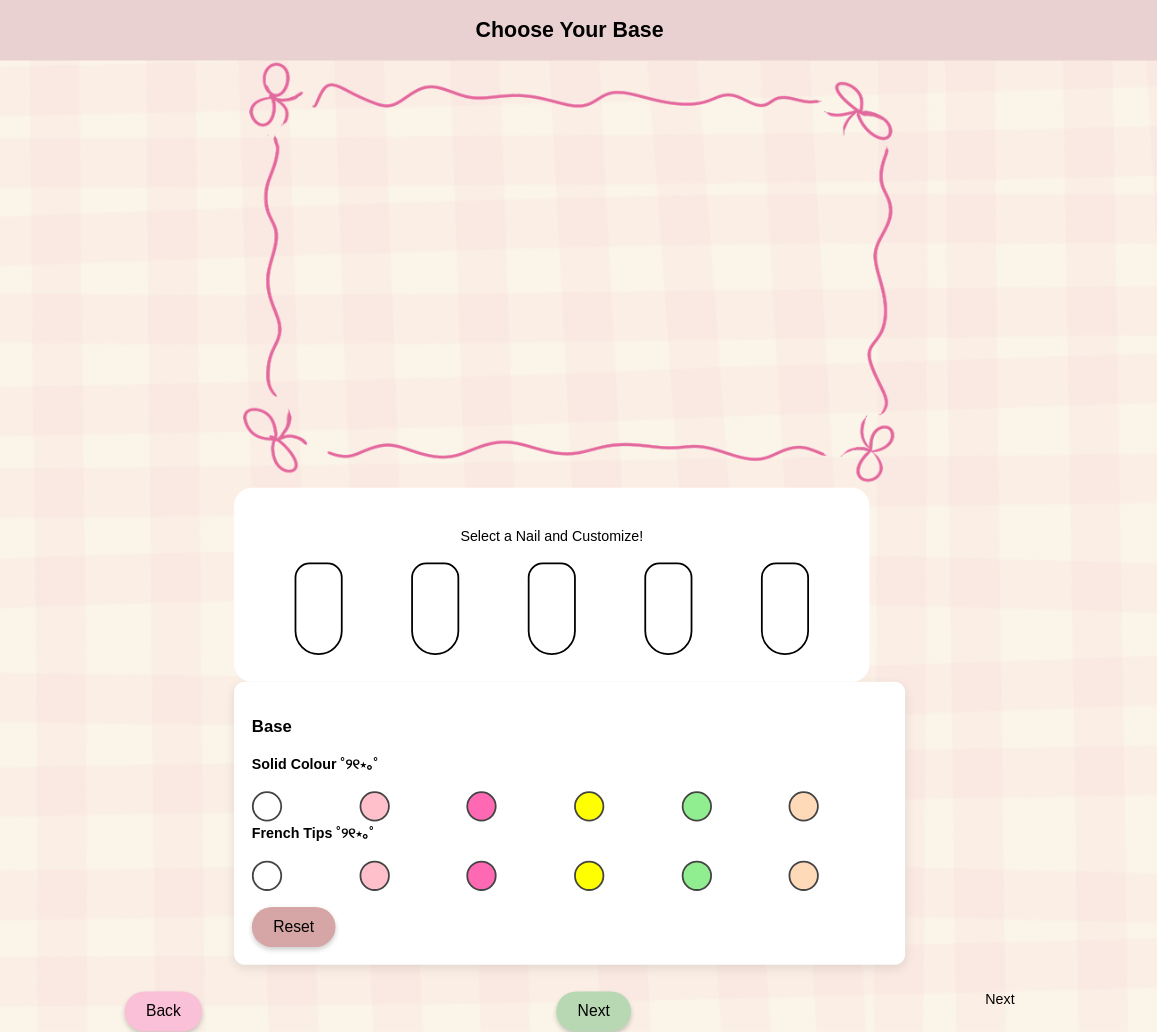
Repository: amolwalia/Fluidity-Lab
Page: basepaint.html
An editor plug-in stored every save of this project. The page is shown before and after the next save, followed by the edit.
The browser window is 1280 px wide. The page is 1300 px wide, so the pictures cover 1300 px, including what lies to the right of the window. The pictures show the whole page, at 89% of full size.

Above is the page before, as saved 2025-05-11 19:46:58.

After the next save:
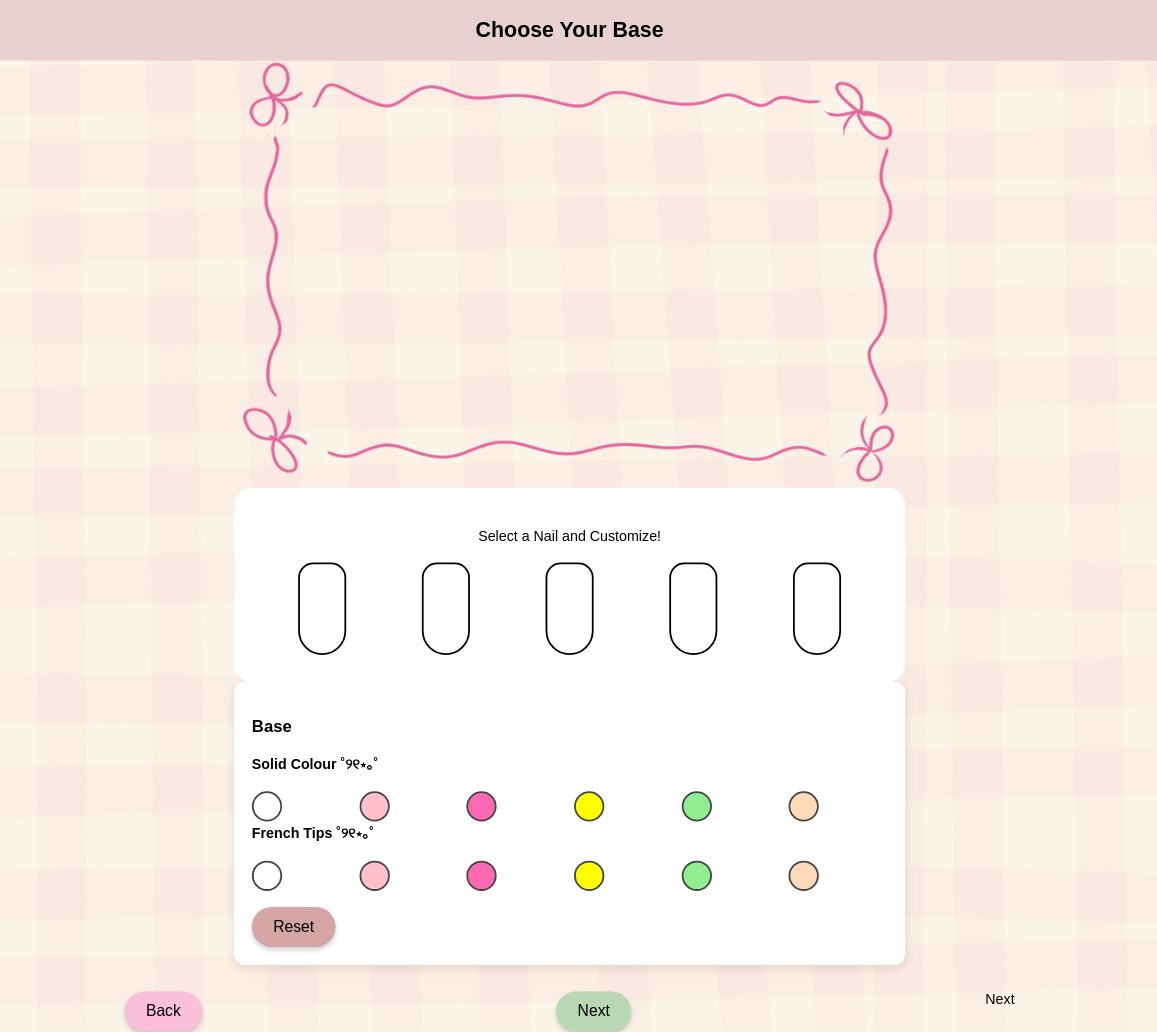
Saved 43 s later.
--- a/styles/basepaints.css
+++ b/styles/basepaints.css
@@ -56,10 +56,10 @@
   padding: 20px;
   box-shadow: 0 4px 12px rgba(0, 0, 0, 0.1);
 }
-.nail-area {
+/* .nail-area {
   flex: 1;
   margin-right: 40px;
-}
+} */
 .palette {
   flex: 1;
 }

After the save that followed:
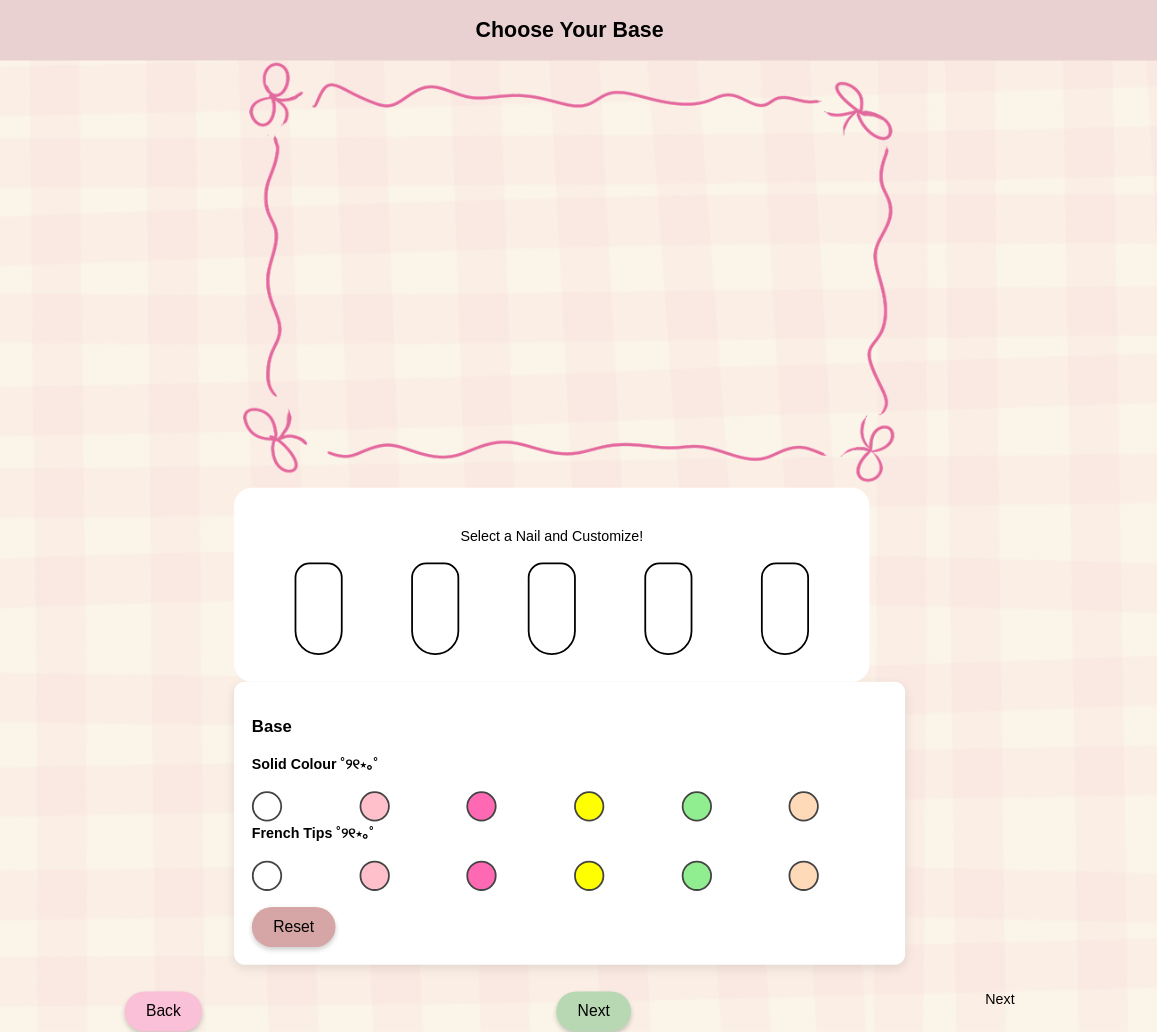
Saved 13 s later.
--- a/styles/basepaints.css
+++ b/styles/basepaints.css
@@ -56,10 +56,10 @@
   padding: 20px;
   box-shadow: 0 4px 12px rgba(0, 0, 0, 0.1);
 }
-/* .nail-area {
+.nail-area {
   flex: 1;
   margin-right: 40px;
-} */
+}
 .palette {
   flex: 1;
 }
